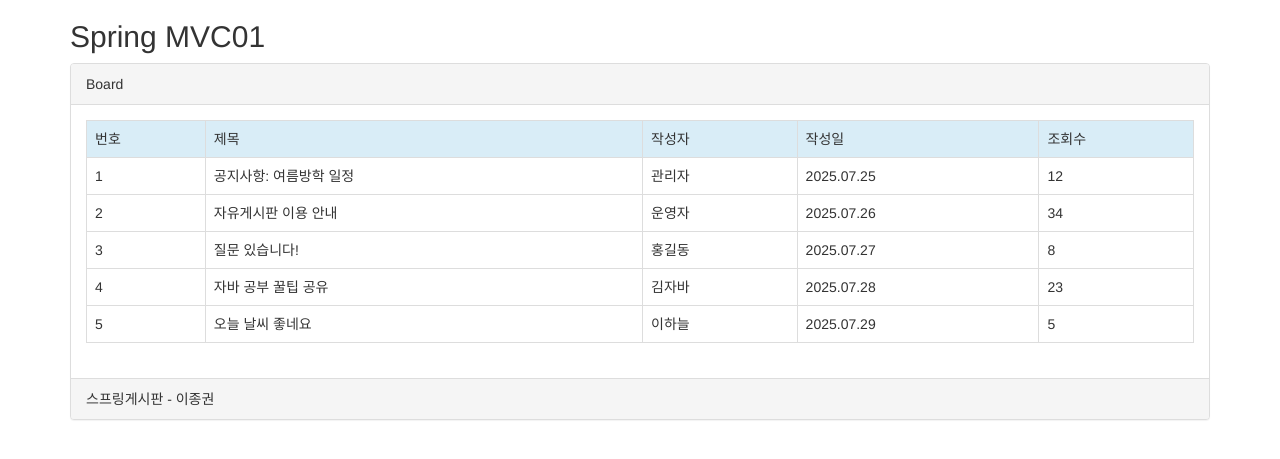
Repository: leejonggwon/PBG_SpringProject
Page: http://localhost/SpringMVC01/boardList.do
The author's editor kept a copy of each file at every save. The page is drawn from the files as they stood at one save, then again after the next save.
The browser window is 1280 px wide. The pictures show the whole page.
The page is served by Tomcat 9.

Above is the page before, as saved 2025-08-01 01:45:31.

After the next save:
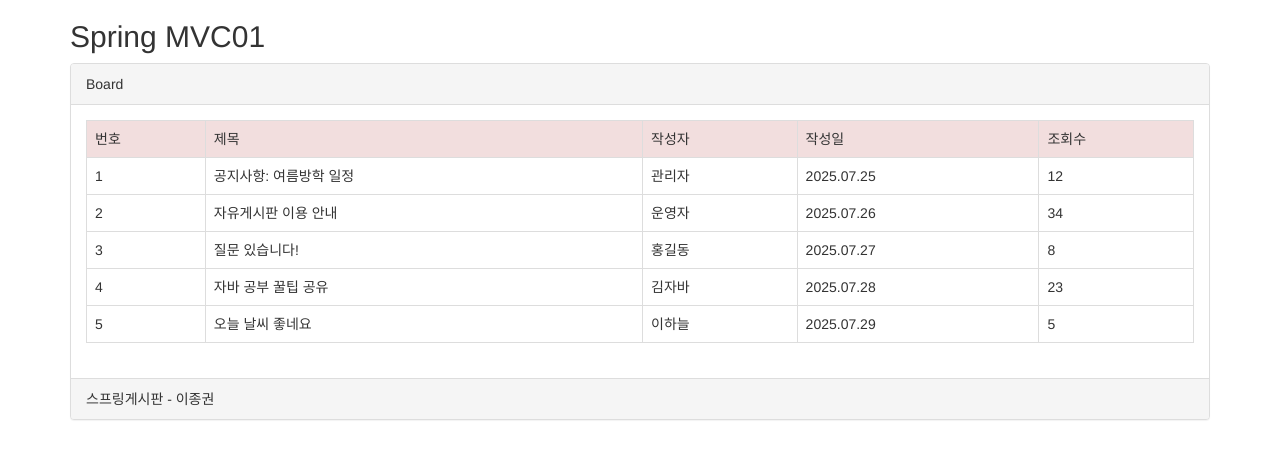
Saved 96 s later.
--- a/SpringMVC01/src/main/webapp/WEB-INF/views/boardList.jsp
+++ b/SpringMVC01/src/main/webapp/WEB-INF/views/boardList.jsp
@@ -17,7 +17,7 @@
 			<div class="panel-heading">Board</div>
 			<div class="panel-body">
 				<table class= "table table-bordered table-hover">
-					<tr class="info">
+					<tr class="danger">
 						<td>번호</td>
 						<td>제목</td>
 						<td>작성자</td>
